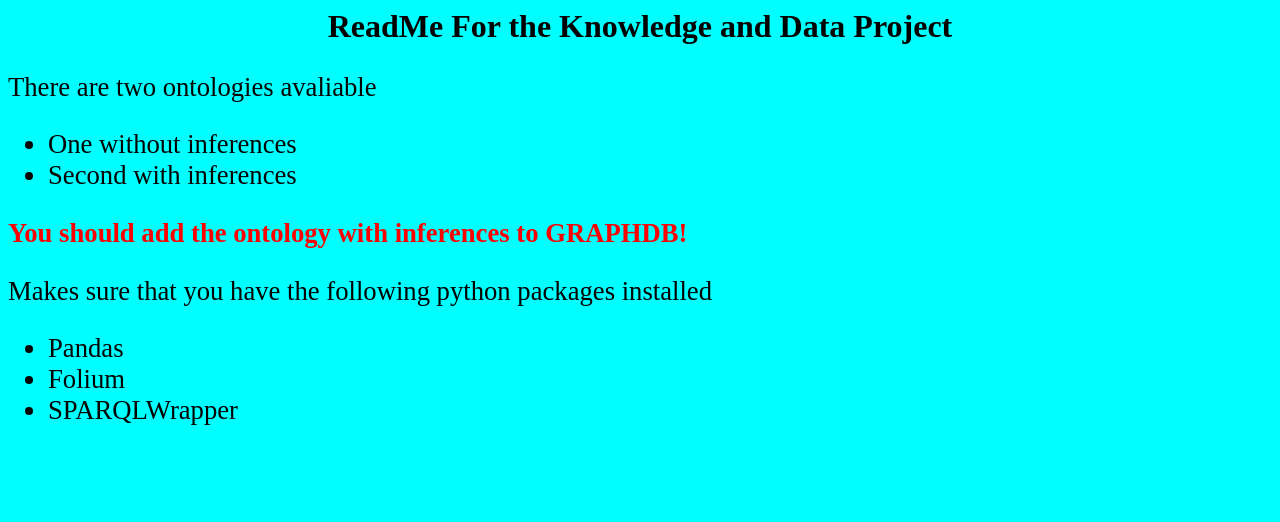
Repository: pawelpiwowarski/Knowledge_and_Data
Page: README.html
These files come from the project's save history. The page is drawn as it stood at one moment and after the next save; the edit follows.
The browser window is 1280 px wide. The pictures show the whole page.

Above is the page before, as saved 2022-10-27 22:08:26.

### README.html

<html>
<head>

<title>README</title>
<style>
#title {
    font-family: "Times New Roman", Times, serif;
    font-size: 24pt;
    font-weight: bold;
    color: #000000;
    text-align: center;
}

#red {
    font-family: "Times New Roman", Times, serif;
    font-size: 20pt;
    font-weight: bold;
    color: #FF0000;

}
body { font-family: 'Times New Roman', Times, serif; font-size: 20pt; background-color: aqua;}
</style>
</head>
<body>
<h2 id="title"> ReadMe For the Knowledge and Data Project</h2>
<p> There are two ontologies avaliable</p>
<ul>
<li>
One without inferences
</li>
<li>
Second with inferences
</li>
</ul>

<p id="red"> You should add the ontology with inferences to GRAPHDB! </p>

<p> Makes sure that you have the following python packages installed<p>

<ul>
<li>
Pandas
</li>
<li>
Folium
</li>
<li>
SPARQLWrapper
</li>
</ul>
</body>
</html>

After the next save:
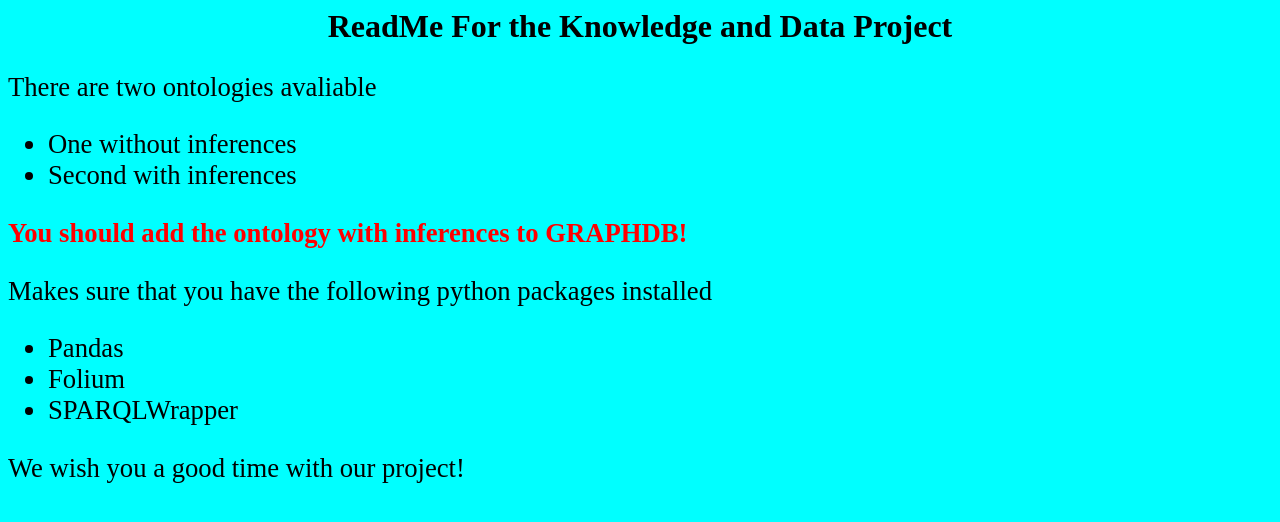
Saved 25 s later.
--- a/README.html
+++ b/README.html
@@ -49,5 +49,7 @@ Folium
 SPARQLWrapper
 </li>
 </ul>
+
+<p> We wish you a good time with our project! </p>
 </body>
 </html>
